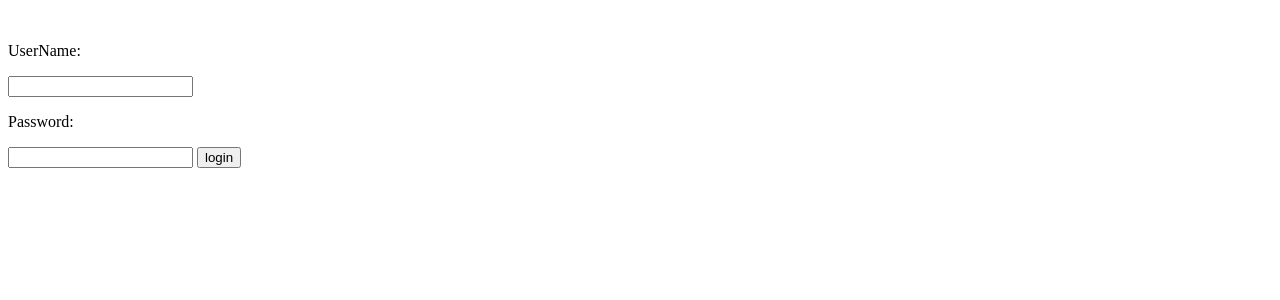
Repository: Hamzamshoaib/us2
Page: http://localhost/te_assignment_2/
An editor plug-in stored every save of this project. The page is shown before and after the next save, followed by the edit.
The browser window is 1280 px wide. The pictures show the whole page.
The page is served by Tomcat 9. Other server files are loaded and not shown. Queries for data that is not in the repository find no rows.

Above is the page before, as saved 2015-05-08 18:43:27.

### te_assignment_2/WebContent/index.jsp
<%@ page language="java" contentType="text/html; charset=US-ASCII"
    pageEncoding="US-ASCII"%>
<!DOCTYPE html PUBLIC "-//W3C//DTD HTML 4.01 Transitional//EN" "http://www.w3.org/TR/html4/loose.dtd">
<html>
<head>
<meta http-equiv="Content-Type" content="text/html; charset=US-ASCII">
<title>	Daily Auction</title>
</head>
<body>
<FORM NAME="loginform" ACTION="Delegate" METHOD="POST">
${message}
<br>
<p>UserName: </p>
<INPUT type="text" name="username">
<br>
<p>Password: </p>
<INPUT type="password" name="password">
<INPUT TYPE="button" name="action" value="login">
<!-- <INPUT TYPE="button" name="action" value="register">-->

</FORM>
</body>
</html>

### te_assignment_2/src/edu/unsw/comp9321/Email.java
package edu.unsw.comp9321;


import java.util.Properties;
import javax.mail.Message;
import javax.mail.MessagingException;
import javax.mail.PasswordAuthentication;
import javax.mail.Session;
import javax.mail.Transport;
import javax.mail.internet.InternetAddress;
import javax.mail.internet.MimeMessage;


public class Email {

	String from;
    final String username = "dailyauctiondeals";
    final String password = "moshe123";
    String host;
    Properties props;
    Session session;

	public Email(){
		from = "dailyauctiondeals@gmail.com";
		host = "smtp.gmail.com";

		props = new Properties();
		props.put("mail.smtp.auth", "true");
		props.put("mail.smtp.starttls.enable", "true");
		props.put("mail.smtp.host", host);
		props.put("mail.smtp.port", "587");

		session = Session.getInstance(props,
	      new javax.mail.Authenticator() {
	         protected PasswordAuthentication getPasswordAuthentication() {
	            return new PasswordAuthentication(username, password);
	         }
		});
	}

	public Boolean sendVerifyEmail(String to, String IDToken){

	      try {
	         // Create a default MimeMessage object.
	         Message message = new MimeMessage(session);

	         // Set From: header field of the header.
	         message.setFrom(new InternetAddress(from));

	         // Set To: header field of the header.
	         message.setRecipients(Message.RecipientType.TO,
	         InternetAddress.parse(to));
	         // Set Subject: header field
	         message.setSubject("Welcome to Daily Auction Deals! Please verify your email.");
	         // Now set the actual message
	         message.setText("Hi!\n\n"
	         		+ "Welcome to Daily Auction Deals! To use your account, please verify your email by clicking this link "
	         		+ "\n\n\thttp://localhost:8080/te_assignment_2/verification?verification_token=" + IDToken
	         		+ "\n\n"
	         		+ "Daily Auction Deals Team :)");

	         // Send message
	         Transport.send(message);

	         System.out.println("Sent message successfully...");

	      } catch (MessagingException e) {
	    	  return false;
	      }

		return true;
	}

	public Boolean newHighBid(int Item_ID){
		UserController uc = new UserController();
		BiddingController bc = new BiddingController();
		String user = bc.winningBidder(Item_ID);
		int highestBid = bc.currentWinningBid(Item_ID);
		String to = uc.getEmail(user);
		String itemName = uc.getItemName(Item_ID);
	      try {
		         // Create a default MimeMessage object.
		         Message message = new MimeMessage(session);

		         // Set From: header field of the header.
		         message.setFrom(new InternetAddress(from));

		         // Set To: header field of the header.
		         message.setRecipients(Message.RecipientType.TO,
		         InternetAddress.parse(to));
		         // Set Subject: header field
		         message.setSubject("Congratulations " + user + "! You have the highest bid at the moment!");
		         // Now set the actual message
		         message.setText("Hi!\n\n"
		         		+ "You have the highest bid for " + itemName + " at $" + highestBid + "."
		         		+ "\n\n"
		         		+ "Daily Auction Deals Team :)");

		         // Send message
		         Transport.send(message);

		         System.out.println("Sent New High Bid Mail successfully...");

	      } catch (MessagingException e) {
	    	  return false;
	      }
	      return true;
	}

	public Boolean sendLostBidEmail(int Item_ID){
		UserController uc = new UserController();
		BiddingController bc = new BiddingController();

		String user = bc.secondHighestBidder(Item_ID);
		if (user == null){
			System.out.println("He was the only bidder");
			return false;
		}

		int highestBid = bc.currentWinningBid(Item_ID);
		String to = uc.getEmail(user);
		String itemName = uc.getItemName(Item_ID);
	      try {
		         // Create a default MimeMessage object.
		         Message message = new MimeMessage(session);

		         // Set From: header field of the header.
		         message.setFrom(new InternetAddress(from));

		         // Set To: header field of the header.
		         message.setRecipients(Message.RecipientType.TO,
		         InternetAddress.parse(to));
		         // Set Subject: header field
		         message.setSubject("Oh no, " + user + "! You've been outbid!");
		         // Now set the actual message
		         message.setText("Hi!\n\n"
		         		+ "Unfortunately you have been outbid for your " + itemName + ".\n\n"
		         		+ "The new highest bid is: $" + highestBid + "."
		         		+ "\n\n"
		         		+ "Daily Auction Deals Team :)");

		         // Send message
			         Transport.send(message);

			         System.out.println("Sent Lost Bid Mail successfully...");

	      } catch (MessagingException e) {
	    	  return false;
	      }
	      return true;
	}

	public Boolean emailWinner(int Item_ID){
		UserController uc = new UserController();
		BiddingController bc = new BiddingController();
		String user = bc.winningBidder(Item_ID);
		int highestBid = bc.currentWinningBid(Item_ID);
		String to = uc.getEmail(user);
		String itemName = uc.getItemName(Item_ID);
	      try {
		         // Create a default MimeMessage object.
		         Message message = new MimeMessage(session);

		         // Set From: header field of the header.
		         message.setFrom(new InternetAddress(from));

		         // Set To: header field of the header.
		         message.setRecipients(Message.RecipientType.TO,
		         InternetAddress.parse(to));
		         // Set Subject: header field
		         message.setSubject("Congratulations " + user + "! You have won an item!");
		         // Now set the actual message
		         message.setText("Hi!\n\n"
		         		+ "You have won a brand new " + itemName + " for $" + highestBid + "! :)"
		         		+ "\n\n"
		         		+ "Daily Auction Deals Team :)");

		         // Send message
		         Transport.send(message);

		         System.out.println("Sent winner email successfully...");

	      } catch (MessagingException e) {
	    	  return false;
	      }
	      return true;
	}

	public Boolean emailOwner(int Item_ID){
		UserController uc = new UserController();
		BiddingController bc = new BiddingController();
		String user = uc.getItemOwner(Item_ID);
		int highestBid = bc.currentWinningBid(Item_ID);
		String to = uc.getEmail(user);
		String itemName = uc.getItemName(Item_ID);
	      try {
		         // Create a default MimeMessage object.
		         Message message = new MimeMessage(session);

		         // Set From: header field of the header.
		         message.setFrom(new InternetAddress(from));

		         // Set To: header field of the header.
		         message.setRecipients(Message.RecipientType.TO,
		         InternetAddress.parse(to));
		         // Set Subject: header field
		         message.setSubject("Congratulations " + user + "! Your item has been sold!");
		         // Now set the actual message
		         message.setText("Hi!\n\n"
		         		+ "You have sold your item " + itemName + " for $" + highestBid + "! :)"
		         		+ "\n\n"
		         		+ "Daily Auction Deals Team :)");

		         // Send message
		         Transport.send(message);

		         System.out.println("Sent owner email successfully...");

	      } catch (MessagingException e) {
	    	  return false;
	      }
	      return true;
	}

	public Boolean lessThanReserved(int Item_ID){
		UserController uc = new UserController();
		BiddingController bc = new BiddingController();
		String user = uc.getItemOwner(Item_ID);
		int highestBid = bc.currentWinningBid(Item_ID);
		String to = uc.getEmail(user);
		String itemName = uc.getItemName(Item_ID);
	      try {
		         // Create a default MimeMessage object.
		         Message message = new MimeMessage(session);

		         // Set From: header field of the header.
		         message.setFrom(new InternetAddress(from));

		         // Set To: header field of the header.
		         message.setRecipients(Message.RecipientType.TO,
		         InternetAddress.parse(to));
		         // Set Subject: header field
		         message.setSubject(user + ", your item has not reached its reserve price");
		         // Now set the actual message
		         message.setText("Hi!\n\n"
		         		+ "Your item, " + itemName + " has an offer of $" + highestBid
		         		+ " which is below your reserve price of $" + bc.getReservePrice(Item_ID) + ".\n\n"
		         		+ "Log into your account to accept or reject this offer."
		         		+ "\n\n"
		         		+ "Daily Auction Deals Team :)");

		         // Send message
		         Transport.send(message);

		         System.out.println("Sent reserved price notification email successfully...");

	      } catch (MessagingException e) {
	    	  return false;
	      }
	      return true;
	}

	public Boolean itemNotSold(int Item_ID){
		UserController uc = new UserController();
		String user = uc.getItemOwner(Item_ID);
		String to = uc.getEmail(user);
		String itemName = uc.getItemName(Item_ID);
	      try {
		         // Create a default MimeMessage object.
		         Message message = new MimeMessage(session);

		         // Set From: header field of the header.
		         message.setFrom(new InternetAddress(from));

		         // Set To: header field of the header.
		         message.setRecipients(Message.RecipientType.TO,
		         InternetAddress.parse(to));
		         // Set Subject: header field
		         message.setSubject(user + ", your item wasn't sold :(");
		         // Now set the actual message
		         message.setText("Hi!\n\n"
		         		+ "Your item, " + itemName + ", has not had any bids and was not sold. :( \n\n"
		         		+ "Log into your account and re-add if you want."
		         		+ "\n\n"
		         		+ "Daily Auction Deals Team :)");

		         // Send message
		         Transport.send(message);

		         System.out.println("Sent item not sold notification email successfully...");

	      } catch (MessagingException e) {
	    	  return false;
	      }
	      return true;
	}

	public void newBidEmails(int Item_ID){
		newHighBid(Item_ID);
		sendLostBidEmail(Item_ID);
	}

	public void endAuctionEmails(int Item_ID){
		emailWinner(Item_ID);
		emailOwner(Item_ID);
	}
}

After the next save:
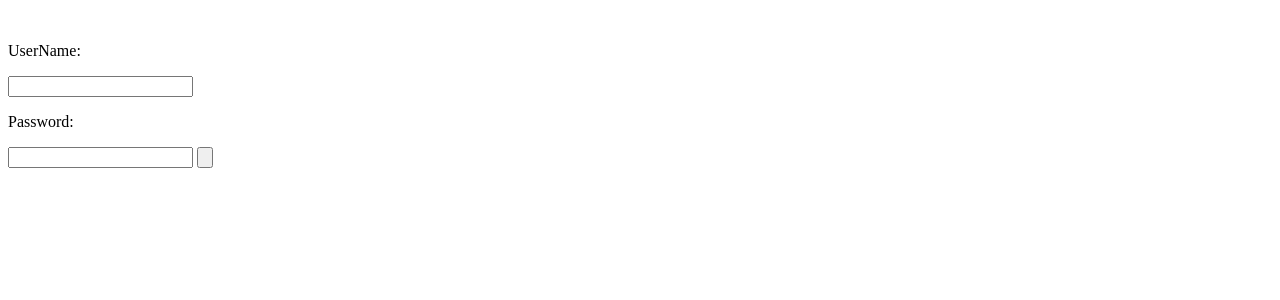
Saved 45 s later.
--- a/te_assignment_2/WebContent/index.jsp
+++ b/te_assignment_2/WebContent/index.jsp
@@ -15,7 +15,7 @@
 <br>
 <p>Password: </p>
 <INPUT type="password" name="password">
-<INPUT TYPE="button" name="action" value="login">
+<INPUT TYPE="button">
 <!-- <INPUT TYPE="button" name="action" value="register">-->
 
 </FORM>

After the save that followed:
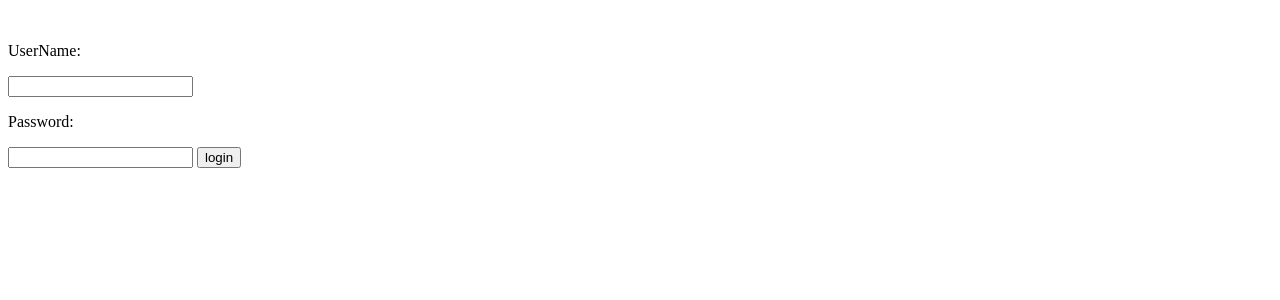
Saved 20 s later.
--- a/te_assignment_2/WebContent/index.jsp
+++ b/te_assignment_2/WebContent/index.jsp
@@ -15,7 +15,7 @@
 <br>
 <p>Password: </p>
 <INPUT type="password" name="password">
-<INPUT TYPE="button">
+<INPUT TYPE="submit" name="action" value="login">
 <!-- <INPUT TYPE="button" name="action" value="register">-->
 
 </FORM>
